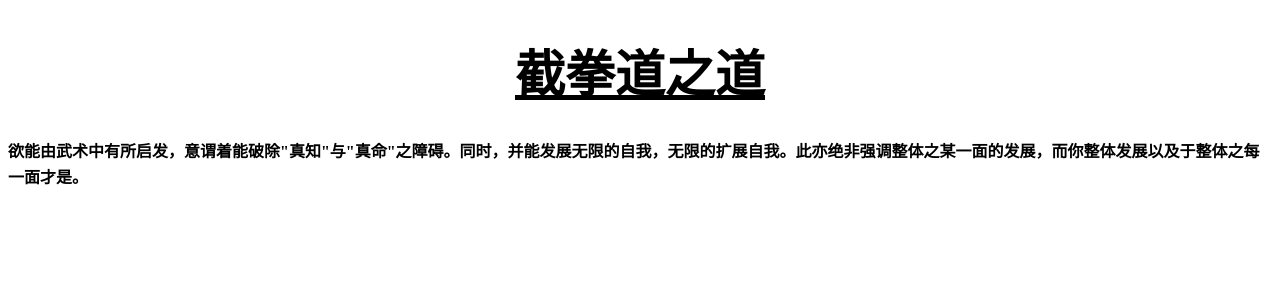
Repository: MasterKweng/workspace
Page: WebBasic/WebContent/Day02/text.html
These files come from the project's save history. The page is drawn as it stood at one moment and after the next save; the edit follows.
The browser window is 1280 px wide. The pictures show the whole page.

Above is the page before, as saved 2018-01-04 06:48:23.

### WebBasic/WebContent/Day02/text.html
<!doctype html>
<html>
	<head>
		<title>文本格式化</title>
		<meta charset="utf-8"/>
		<style type="text/css">
			body{
				font-family:'微软雅黑';
			}
			h1{
				font-size:50px;
				text-align:center;
				text-decoration:underline;
			}
			p{
				font-weight:bold;
				line-height:1.6em;/*行间距*/
			}
		</style>
	</head>
	<body>
		<h1>截拳道之道</h1>
		<p>欲能由武术中有所启发，意谓着能破除"真知"与"真命"之障碍。同时，并能发展无限的自我，无限的扩展自我。此亦绝非强调整体之某一面的发展，而你整体发展以及于整体之每一面才是。</p>
	</body>
</html>

After the next save:
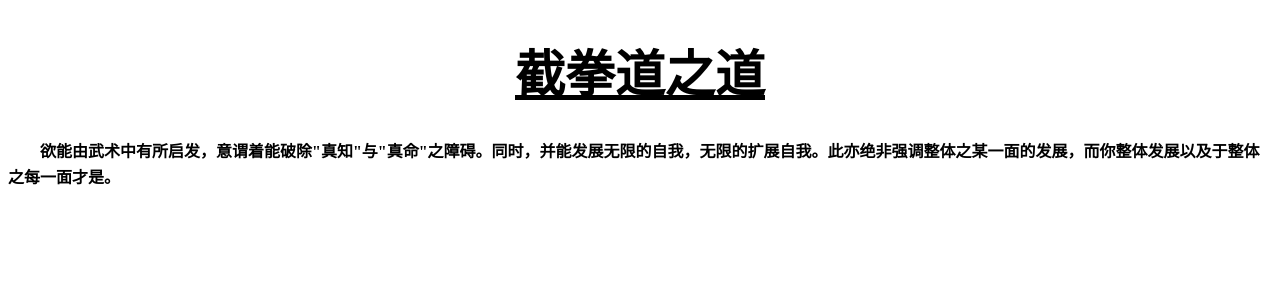
Saved 21 s later.
--- a/WebBasic/WebContent/Day02/text.html
+++ b/WebBasic/WebContent/Day02/text.html
@@ -15,6 +15,7 @@
 			p{
 				font-weight:bold;
 				line-height:1.6em;/*行间距*/
+				text-indent:2em;
 			}
 		</style>
 	</head>
